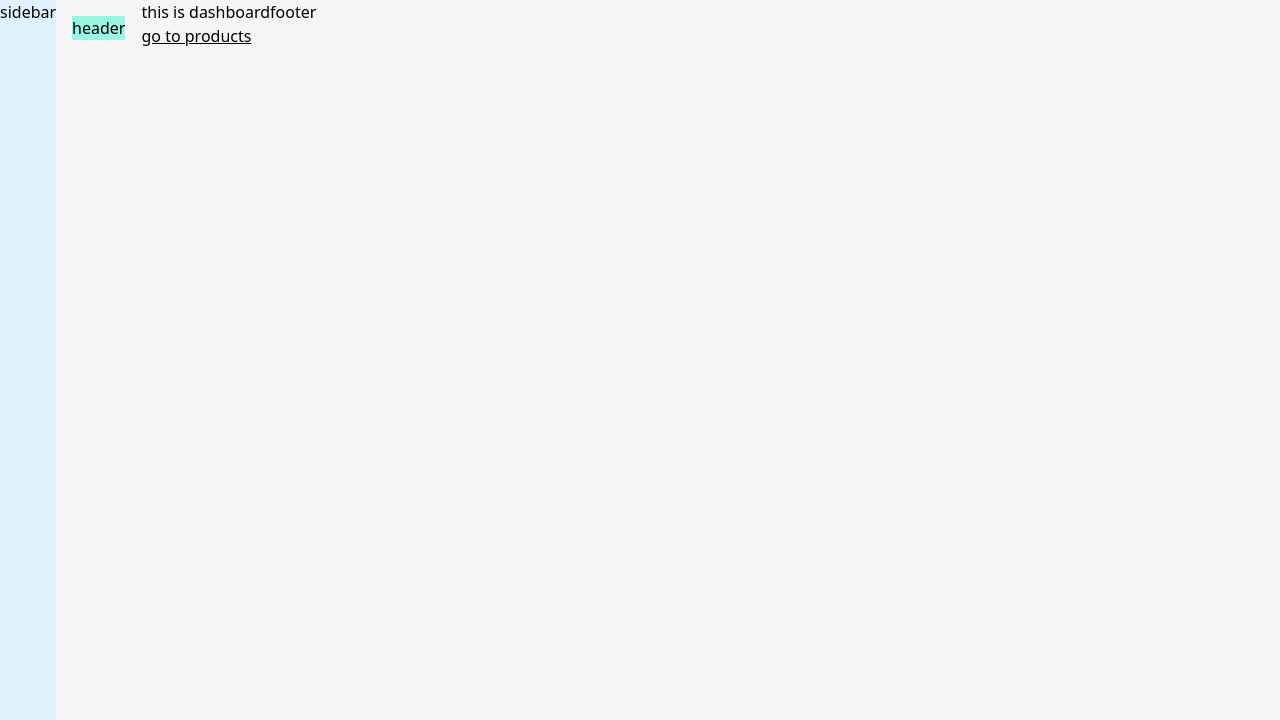
Repository: Mayar2222/Dashboard
Page: /
The author's editor kept a copy of each file at every save. The page is drawn from the files as they stood at one save, then again after a run of saves.
The browser window is 1280 px wide. The pictures show the whole page.
The project was rebuilt for these pictures with package versions that can differ from the ones it lists, and the page was loaded fresh each time. Also part of the build but not shown: src/components/Products.jsx.

Above is the page before, as saved 2024-07-17 20:38:02.

### src/App.jsx
import { Route, BrowserRouter as Router, Routes } from "react-router-dom";
import Dashboard from "./components/Dashboard";
import Products from "./components/Products";
import Layout from "./components/shared/Layout";

function App() {
  return (
      <Router>
      <Routes>
        <Route path="/"  element={<Layout/>}>
          <Route index  element={<Dashboard/>}/>
          <Route path="products"  element={<Products/>}/>
          <Route path="login"  element={<div>this login page</div>}/>

        </Route>
      </Routes>
      </Router>
  );
}

export default App;

### src/components/Dashboard.jsx
import React from 'react'
import { Link } from 'react-router-dom'
function Dashboard() {
  return (
    <div>
      <p>this is dashboard</p>{''}<Link to="/products" className='underline'>go to products</Link>
    </div>
  )
}

export default Dashboard

### src/components/shared/Layout.jsx
import React from 'react'
import { Outlet } from 'react-router-dom'
export default function Layout() {
  return (
    <div className='flex flex-row bg-neutral-100 h-screen w-screen overflow-hidden'>
      <div  className='bg-sky-100'>sidebar</div>
      <div className='p-4'>
      <div className='bg-teal-200'>header</div>
      </div>

      <div>{<Outlet/>}</div>
      <p>footer</p>
    </div>
  )
}

Loaded but not shown: public/index.html (common file); src/index.js (common file); src/index.css (common file); tailwind.config.js (common file)

After the next 2 saves:
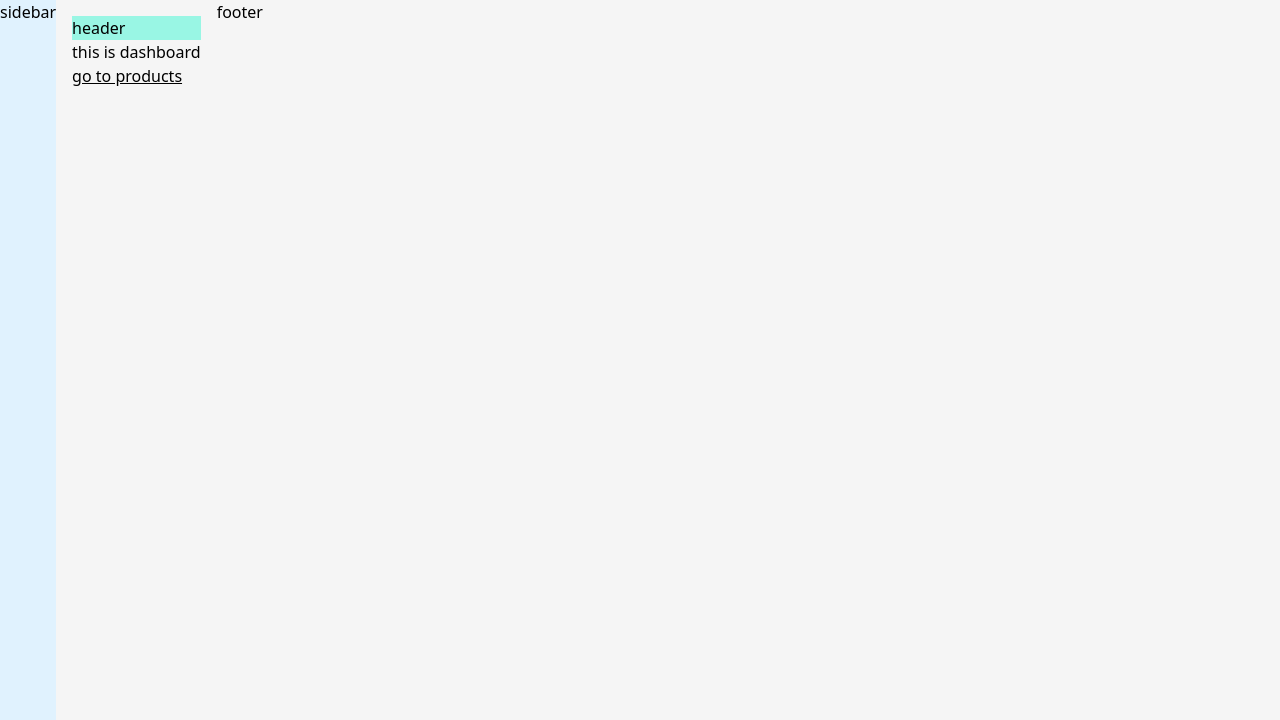
The 2 saves are shown as one change because they came seconds apart.
The last was saved 49 s later.
--- a/src/components/shared/Layout.jsx
+++ b/src/components/shared/Layout.jsx
@@ -6,9 +6,10 @@ export default function Layout() {
       <div  className='bg-sky-100'>sidebar</div>
       <div className='p-4'>
       <div className='bg-teal-200'>header</div>
+      <div>{<Outlet/>}</div>
       </div>
 
-      <div>{<Outlet/>}</div>
+
       <p>footer</p>
     </div>
   )
